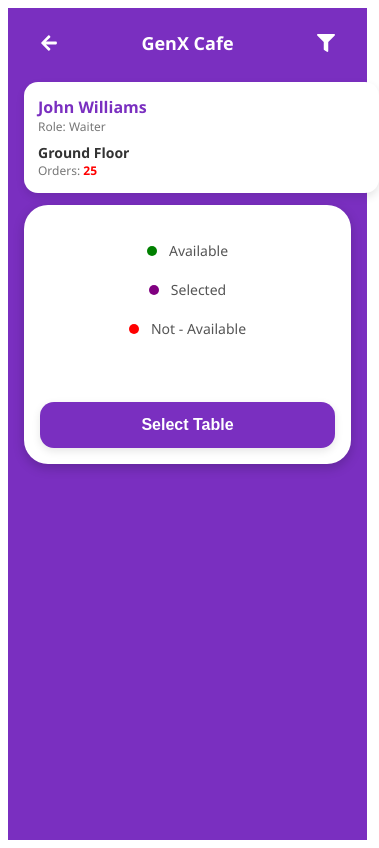
Repository: rajeshwaranslv/sturdy-spork-genx-frontend
Page: /
An editor plug-in stored every save of this project. The page is shown before and after the next save, followed by the edit.
The browser window is 375 px wide. The page is 379 px wide, so the pictures cover 379 px, including what lies to the right of the window. The pictures show the whole page.
The page's requests for data from a server got no answer. The project was rebuilt for these pictures with package versions that can differ from the ones it lists, and the page was loaded fresh each time. No one was signed in, and anything a server would have sent is missing. Also part of the build but not shown: src/components/menu.css, src/components/MenuSelection.js, src/components/order.css, src/components/OrderReview.js, src/components/billing.css, src/components/Billing.js, src/components/Success.js.

Above is the page before, as saved 2025-07-15 11:29:35.

### src/App.js
import React from 'react';
import { BrowserRouter as Router, Route, Switch } from 'react-router-dom';
import TableSelection from './components/TableSelection';
import MenuSelection from './components/MenuSelection';
import OrderReview from './components/OrderReview';
import Billing from './components/Billing';
import Success from './components/Success';

export default function App() {
  return (
    <Router>
      <Switch>
        <Route exact path="/" component={TableSelection} />
        <Route path="/menu/:tableId" component={MenuSelection} />
   <Route path="/orders/:orderId" component={OrderReview} />

        <Route path="/billing/:orderId" component={Billing} />
        <Route path="/success" component={Success} />
      </Switch>
    </Router>
  );
}

### src/components/TableSelection.js
// src/pages/TableSelection.js
import React, { useEffect, useState } from 'react';
import { getTables } from '../services/api';
import { withRouter } from 'react-router-dom';
import { FaArrowLeft, FaFilter } from 'react-icons/fa';
import './style.css';

function TableSelection({ history }) {
  const [tables, setTables] = useState([]);
  const [selectedTableId, setSelectedTableId] = useState(null);

  const waiter = {
    name: 'John Williams',
    role: 'Waiter',
    floor: 'Ground Floor',
    orders: 25,
  };

  useEffect(() => {
    getTables()
      .then((res) => setTables(res.data))
      .catch((err) => console.error('Failed to fetch tables', err));
  }, []);

  const handleTableClick = (id, status) => {
    if (status === 'available') {
      setSelectedTableId(id === selectedTableId ? null : id); // toggle
    }
  };

  const handleSelectTable = () => {
    if (selectedTableId) {
      history.push(`/menu/${selectedTableId}`);
    }
  };

  return (
    <div className="container-fluid">
      <div className="header-bar">
        <FaArrowLeft className="icon" onClick={() => history.goBack()} />
        <h2>GenX Cafe</h2>
        <FaFilter className="icon" />
      </div>

      <div className="waiter-card">
        <div className="waiter-left">
          <strong className="waiter-name">{waiter.name}</strong>
          <div className="waiter-role">Role: {waiter.role}</div>
        </div>
        <div className="waiter-right">
          <div className="floor-label">{waiter.floor}</div>
          <div className="orders-count">
            Orders: <span className="order-red">{waiter.orders}</span>
          </div>
        </div>
      </div>

      <div className="table-section">
        <div className="legend-row">
          <div className="legend-item"><span className="legend-dot green" /> Available</div>
          <div className="legend-item"><span className="legend-dot purple" /> Selected</div>
          <div className="legend-item"><span className="legend-dot red" /> Not - Available</div>
        </div>

        <div className="table-grid">
          {tables.map((table) => {
            const isSelected = selectedTableId === table.id;
            const statusClass = isSelected
              ? 'selected'
              : table.status === 'available'
              ? 'available'
              : 'occupied';

            return (
              <button
                key={table.id}
                className={`table-btn ${statusClass}`}
                onClick={() => handleTableClick(table.id, table.status)}
                disabled={table.status === 'occupied'}
              >
                Table {table.id.toString().padStart(2, '0')}
              </button>
            );
          })}
        </div>

        <button
          className="select-btn"
          onClick={handleSelectTable}
          disabled={!selectedTableId}
        >
          Select Table
        </button>
      </div>
    </div>
  );
}

export default withRouter(TableSelection);

### src/services/api.js
import axios from 'axios';

const API = axios.create({
  baseURL: 'http://localhost:3001/',
});

export const getTables = () => API.get('/tables');
export const getTableDetails = (id) => API.get(`/tables/${id}`);
export const getFoodItems = () => API.get('/foodItems');

export const placeOrder = (data) => API.post('/orders', data);
export const updateOrderItemStatus = (id, payload) => API.patch(`/orders/${id}`, payload);
export const getOrder = (id) => API.get(`/orders/${id}`);
export const generateBill = (data) => API.post('/bills', data);

// ✅ NEW: Update table status
export const updateTableStatus = (id, payload) => API.patch(`/tables/${id}`, payload);

### src/components/style.css
.container-fluid {
  background: #7a2fc0;
  min-height: 100vh;
  padding: 16px;

  font-family: 'Segoe UI', sans-serif;
}

/* Header Bar */
.header-bar {
  display: flex;
  justify-content: space-between;
  align-items: center;
  background: #7a2fc0;
  padding: 12px 20px;

  color: white;
  margin-bottom: 12px;
  position: relative;
}

.header-bar h2 {
  margin: 0;
  font-size: 20px;
  position: absolute;
  left: 50%;
  transform: translateX(-50%);
}

.icon {
  color: white;
  font-size: 18px;
  cursor: pointer;
}

/* Waiter Info Card */
.waiter-card {
  background: white;
  box-shadow: 0 4px 8px rgba(0,0,0,0.1);
  border-radius: 14px;
  padding: 12px 20px;
  display: flex;
  justify-content: space-between;
  align-items: center;
  max-width: 720px;
  width: 100%;
  margin: 20px auto 12px auto;
  flex-wrap: wrap;
  gap: 12px;
}

.waiter-name {
  color: #7a2fc0;
  font-size: 16px;
  font-weight: 600;
}

.waiter-role {
  font-size: 12px;
  color: #777;
}

.floor-label {
  font-size: 14px;
  font-weight: bold;
  color: #333;
}

.orders-count {
  font-size: 12px;
  color: #777;
}

.order-red {
  color: red;
  font-weight: bold;
}

/* Legend */
.legend-row {
  display: flex;
  justify-content: space-around;
  margin: 20px 0 12px;
  font-size: 13px;
  color: #555;
  flex-wrap: wrap;
  gap: 10px;
}

.legend-dot {
  width: 10px;
  height: 10px;
  border-radius: 50%;
  display: inline-block;
  margin-right: 6px;
}

.legend-dot.green {
  background-color: green;
}

.legend-dot.purple {
  background-color: purple;
}

.legend-dot.red {
  background-color: red;
}

/* Table Section */
.table-section {
  background: #fff;
  padding: 16px;
  border-radius: 24px;
  box-shadow: 0 4px 12px rgba(0, 0, 0, 0.2);
  max-width: 800px;
  margin: auto;
}

/* Table Grid */
.table-grid {
  display: grid;
  grid-template-columns: repeat(auto-fill, minmax(140px, 1fr));
  gap: 14px;
  padding: 10px 0;
}

/* Table Buttons */
.table-btn {
  padding: 16px 0;
  border-radius: 14px;
  font-size: 16px;
  font-weight: bold;
  cursor: pointer;
  border: 2px solid transparent;
  transition: all 0.2s ease-in-out;
  width: 100%;
  text-align: center;
}

.table-btn.available {
  color: green;
  border-color: green;
  background-color: white;
}

.table-btn.available:hover {
  background-color: #f0fff0;
}

.table-btn.selected {
  background-color: #7a2fc0;
  color: white;
  border-color: #7a2fc0;
}

.table-btn.occupied {
  background-color: red;
  color: white;
  cursor: not-allowed;
}

/* Select Button */
.select-btn {
  width: 100%;
  padding: 14px;
  margin-top: 24px;
  border-radius: 14px;
  border: none;
  background-color: #7a2fc0;
  color: white;
  font-size: 16px;
  font-weight: bold;
  cursor: pointer;
  box-shadow: 0 3px 8px rgba(0,0,0,0.1);
}

.select-btn:hover {
  background-color: #6926b2;
}

/* Responsive Tweaks */
@media (max-width: 768px) {
  .header-bar {
    flex-direction: row;
    padding: 10px 16px;
  }

  .header-bar h2 {
    font-size: 18px;
  }

  .waiter-card {
    flex-direction: column;
    align-items: flex-start;
    padding: 14px;
    gap: 8px;
  }

  .legend-row {
    flex-direction: column;
    align-items: flex-start;
    font-size: 12px;
  }

  .footer-btn {
    font-size: 14px;
    padding: 12px;
  }

  .table-grid {
    grid-template-columns: 1fr;
  }
}

@media (min-width: 769px) and (max-width: 1024px) {
  .table-grid {
    grid-template-columns: repeat(3, 1fr);
  }
}
.legend-row {
  display: flex;
  justify-content: center;
  align-items: center;
  gap: 20px;
  flex-wrap: wrap;
  font-size: 14px;
  margin-bottom: 20px;
}

.legend-item {
  display: flex;
  align-items: center;
  gap: 6px;
}

.legend-dot {
  width: 10px;
  height: 10px;
  border-radius: 50%;
  display: inline-block;
}

.legend-dot.green {
  background-color: green;
}

.legend-dot.purple {
  background-color: purple;
}

.legend-dot.red {
  background-color: red;
}

Loaded but not shown: public/index.html (common file); src/index.js (common file)

After the next save:
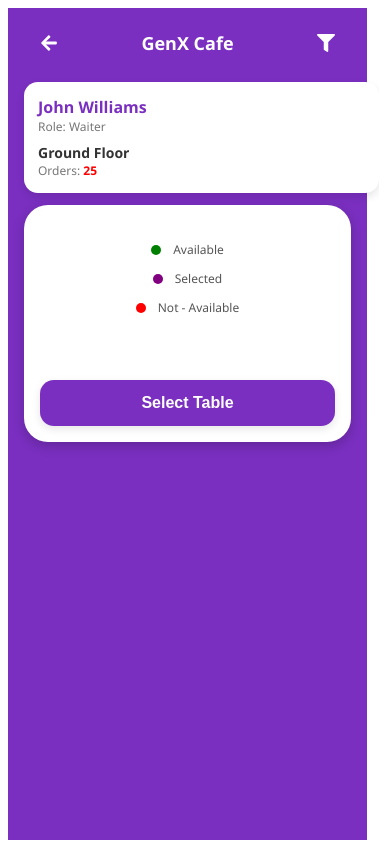
Saved 9 s later.
--- a/src/components/style.css
+++ b/src/components/style.css
@@ -252,3 +252,10 @@
 .legend-dot.red {
   background-color: red;
 }
+@media (max-width: 480px) {
+  .legend-row {
+    justify-content: space-between;
+    gap: 12px;
+    font-size: 12px;
+  }
+}
